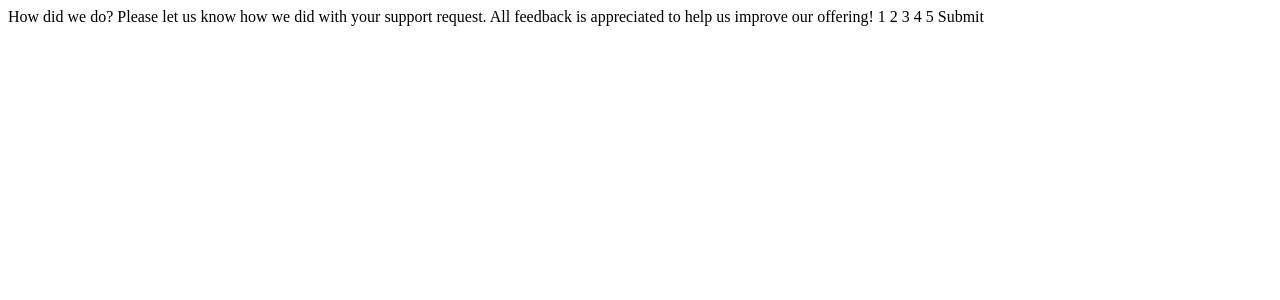
Repository: shayanabedi98/Interactive-rating-component
Page: index.html
The author's editor kept a copy of each file at every save. The page is drawn from the files as they stood at one save, then again after the next save.
The browser window is 1280 px wide. The pictures show the whole page.

Above is the page before, as saved 2023-10-11 09:45:29.

After the next save:
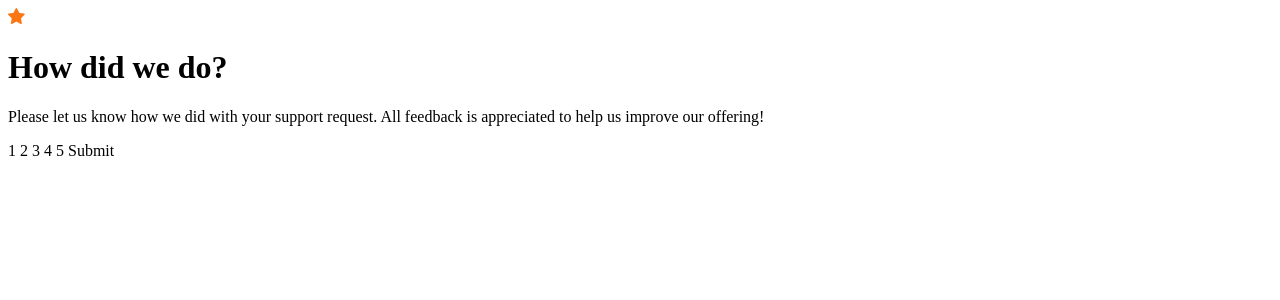
Saved 4 min 46 s later.
--- a/index.html
+++ b/index.html
@@ -10,15 +10,17 @@
 <body>
   <div class="grid-container">
     <div class="card">
+      <svg width="17" height="16" xmlns="http://www.w3.org/2000/svg"><path d="m9.067.43 1.99 4.031c.112.228.33.386.58.422l4.45.647a.772.772 0 0 1 .427 1.316l-3.22 3.138a.773.773 0 0 0-.222.683l.76 4.431a.772.772 0 0 1-1.12.813l-3.98-2.092a.773.773 0 0 0-.718 0l-3.98 2.092a.772.772 0 0 1-1.119-.813l.76-4.431a.77.77 0 0 0-.222-.683L.233 6.846A.772.772 0 0 1 .661 5.53l4.449-.647a.772.772 0 0 0 .58-.422L7.68.43a.774.774 0 0 1 1.387 0Z" fill="#FC7614"/></svg>
+      <h1>How did we do?</h1>
+      <p>Please let us know how we did with your support request. All feedback is appreciated to help us improve our offering!</p>
 
     </div>
   </div>
   <!-- Rating state start -->
 
-  How did we do?
 
-  Please let us know how we did with your support request. All feedback is appreciated
-  to help us improve our offering!
+
+
 
   1 2 3 4 5
 
